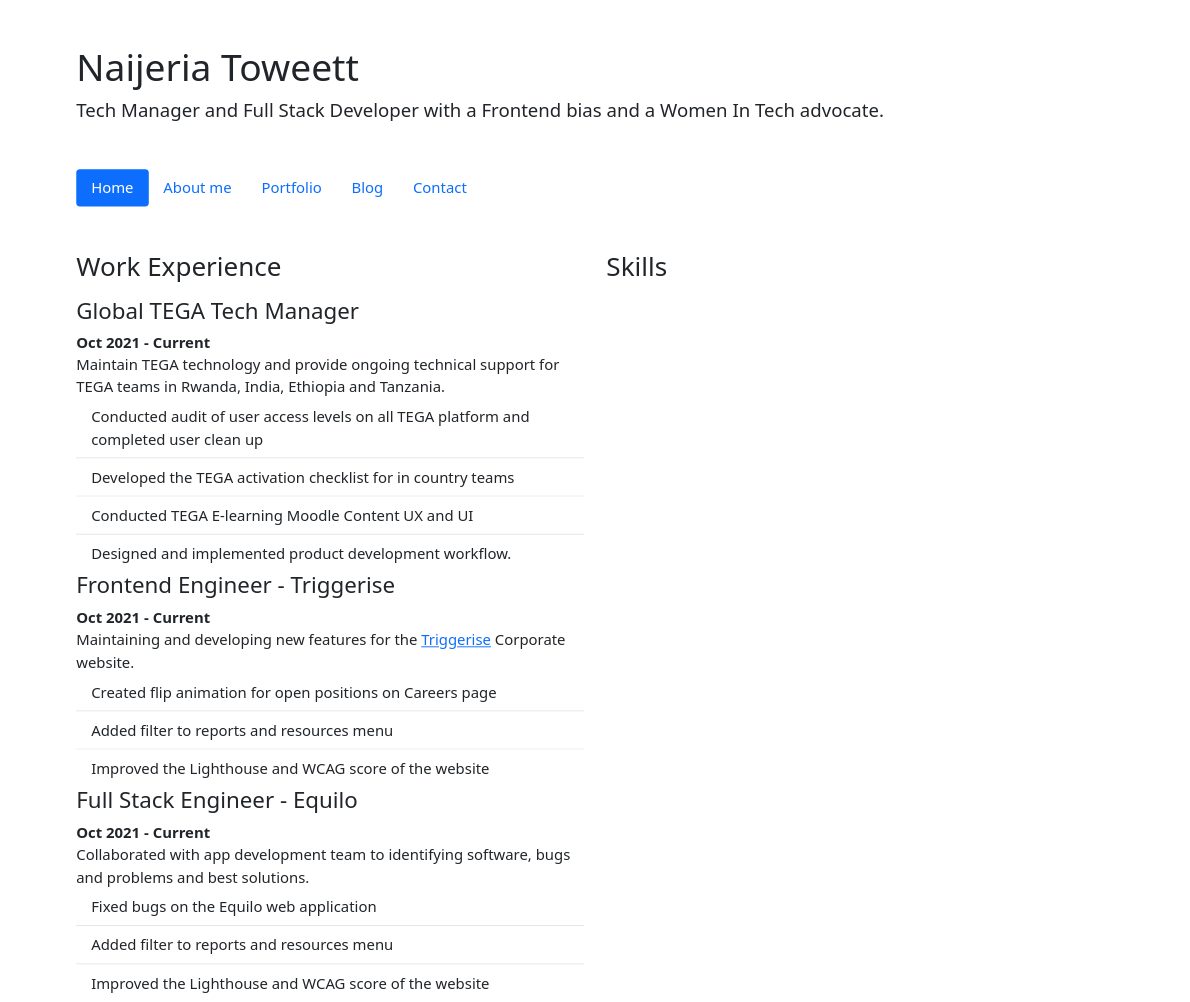
Repository: mamatechafrica/portfolio
Page: index.html
These files come from the project's save history. The page is drawn as it stood at one moment and after the next save; the edit follows.
The browser window is 1280 px wide. The pictures show the whole page, at 93% of full size.

Above is the page before, as saved 2022-01-04 16:22:15.

After the next save:
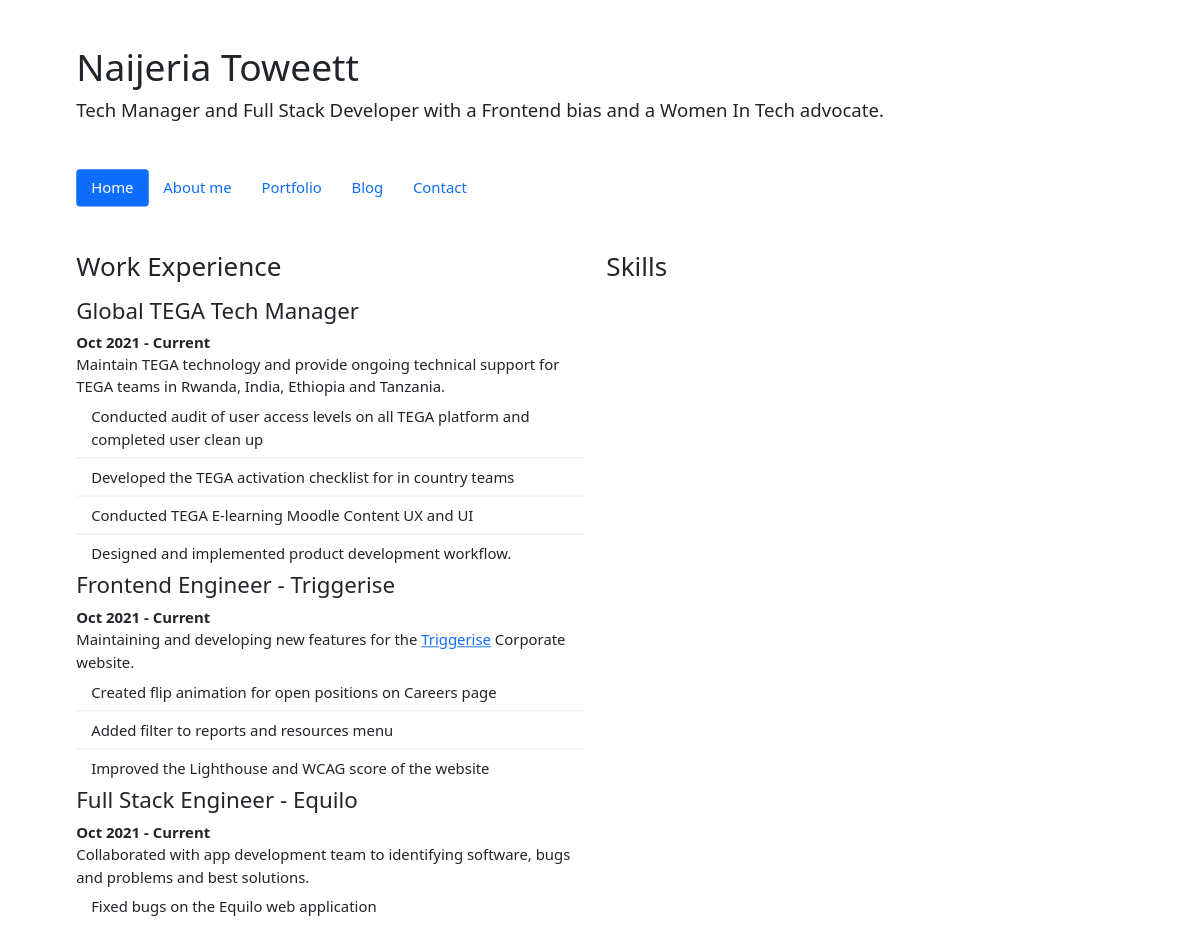
Saved 5 s later.
--- a/index.html
+++ b/index.html
@@ -74,8 +74,6 @@
                         Collaborated with app development team to identifying software, bugs and problems and best solutions.
                         <ul class="list-group list-group-flush">
                             <li class="list-group-item">Fixed bugs on the Equilo web application</li>
-                            <li class="list-group-item">Added filter to reports and resources menu</li>
-                            <li class="list-group-item">Improved the Lighthouse and WCAG score of the website</li>
                         </ul>
                 </div>
                 <div class="col">
